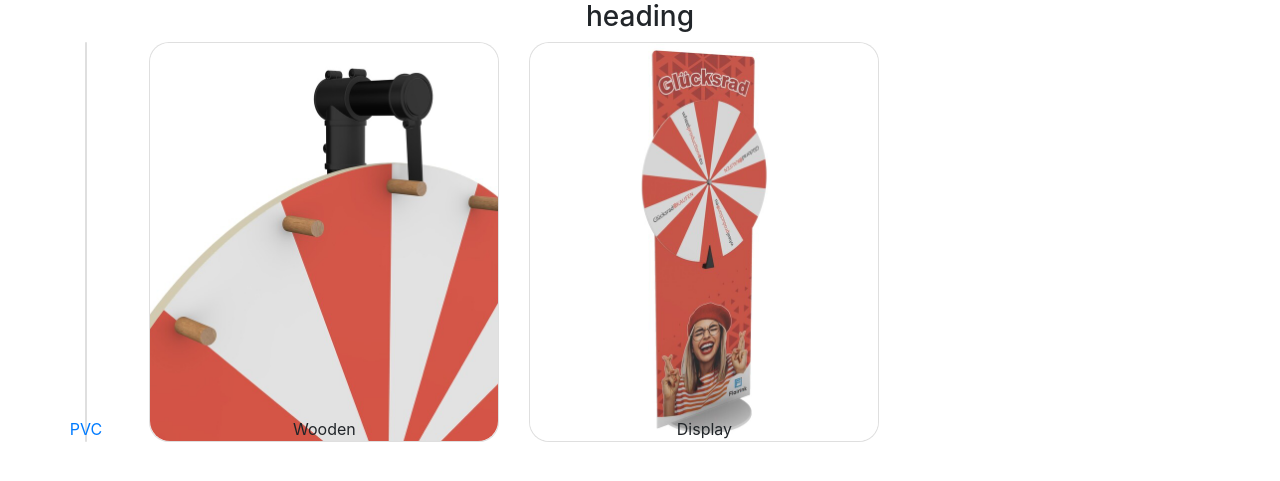
Repository: Awaisp-irfan/fahad-project
Page: index.html
These files come from the project's save history. The page is drawn as it stood at one moment and after the next save; the edit follows.
The browser window is 1280 px wide. The pictures show the whole page.

Above is the page before, as saved 2022-06-30 07:36:26.

After the next save:
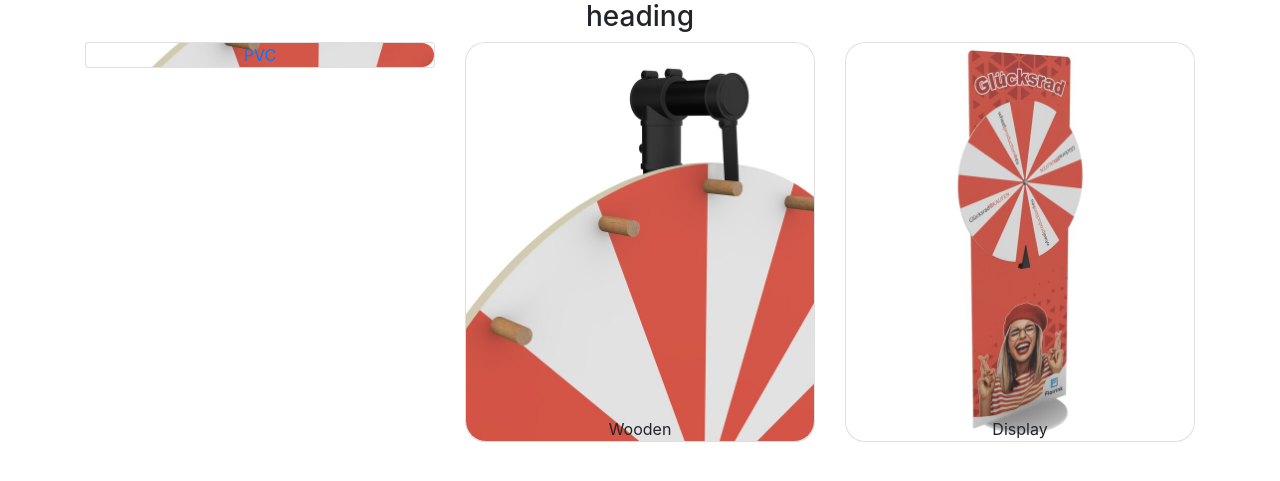
Saved 32 s later.
--- a/index.html
+++ b/index.html
@@ -22,15 +22,16 @@
       </div>
 
       <div class="row">
-        <a href="./pvc.html">
+
           <div class="col-lg-4">
+            <a href="./pvc.html">
             <div class="card img-div">
               <div class="pvc d-flex justify-content-center align-items-end">
                 PVC
               </div>
             </div>
+        </a>
           </div>
-        </a>
         <div class="col-lg-4">
           <div class="card img-div">
             <div class="wooden d-flex justify-content-center align-items-end">
